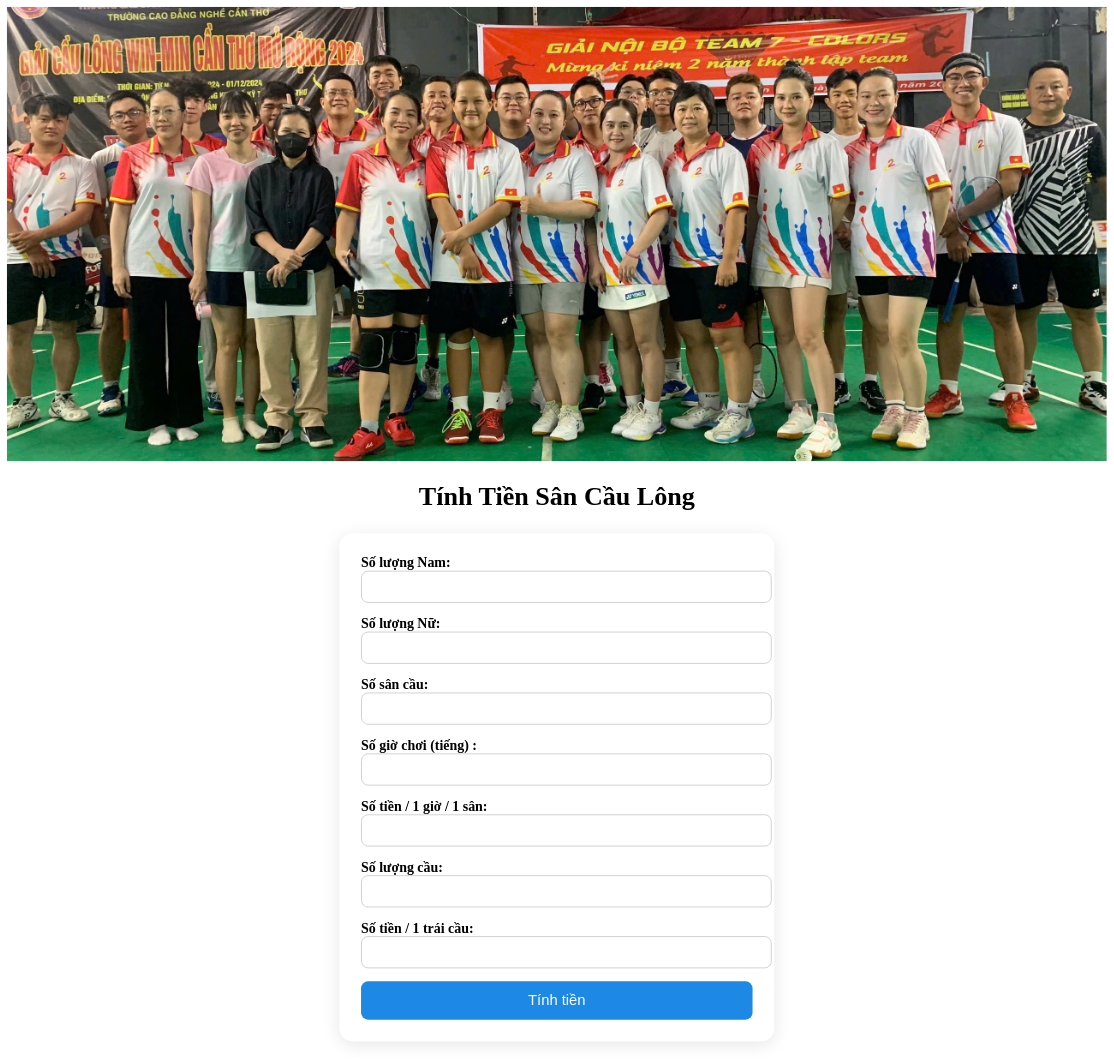
Repository: LuongPTCE181311/Badminton
Page: index.html
The author's editor kept a copy of each file at every save. The page is drawn from the files as they stood at one save, then again after the next save.
The browser window is 1280 px wide. The pictures show the whole page, at 87% of full size.

Above is the page before, as saved 2025-12-07 21:47:41.

After the next save:
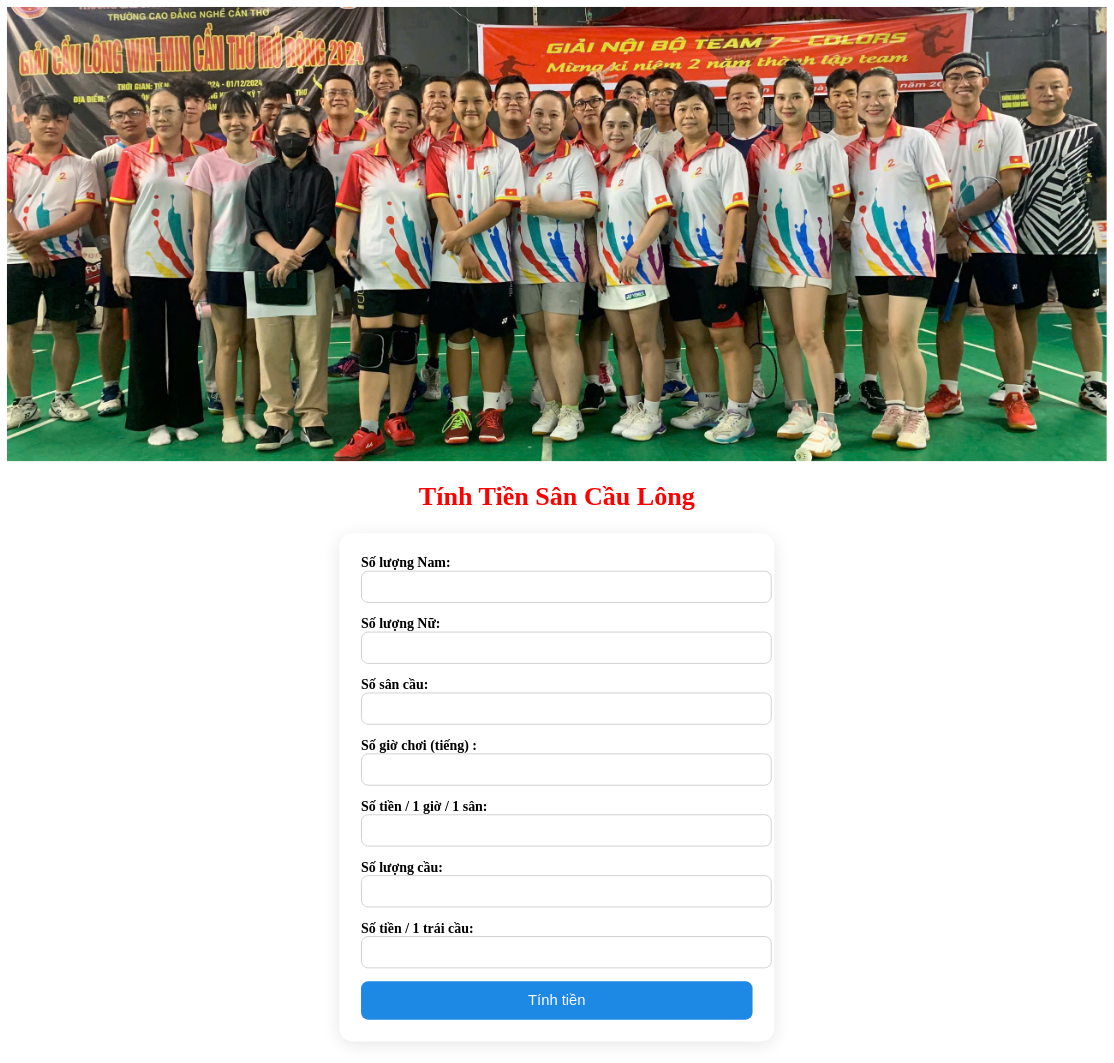
Saved 13 s later.
--- a/assets/css/style.css
+++ b/assets/css/style.css
@@ -91,5 +91,5 @@
 
 h1 {
     text-align: center;
-    color:
+    color: red
 }

After the save that followed:
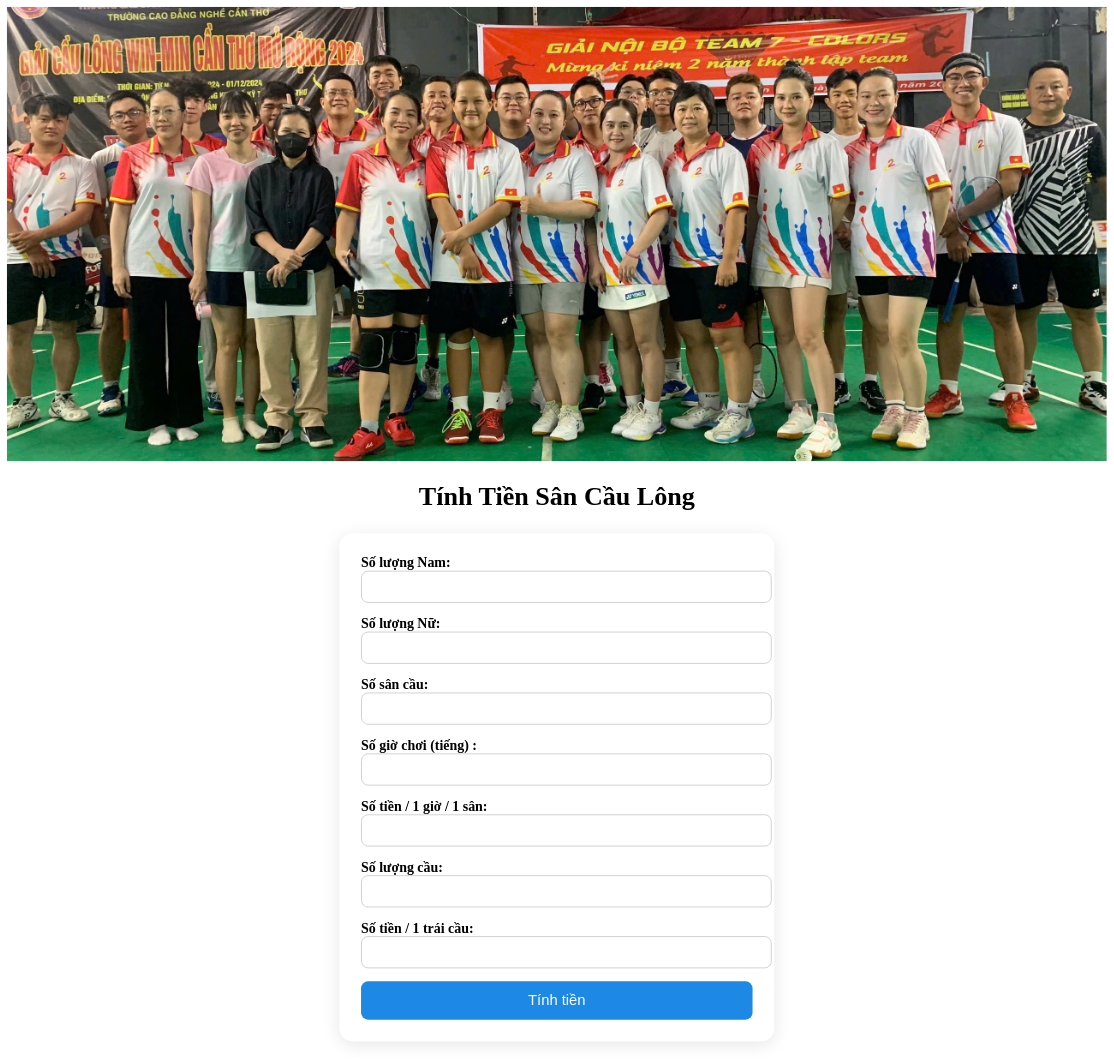
Saved 7 s later.
--- a/assets/css/style.css
+++ b/assets/css/style.css
@@ -91,5 +91,4 @@
 
 h1 {
     text-align: center;
-    color: red
 }
